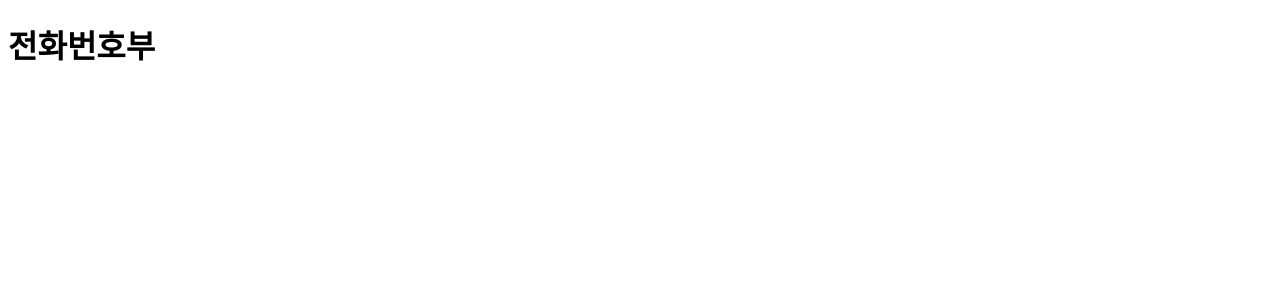
Repository: Kwonharu/workspace-web
Page: http://localhost/phonebook2/list.jsp
The author's editor kept a copy of each file at every save. The page is drawn from the files as they stood at one save, then again after the next save.
The browser window is 1280 px wide. The pictures show the whole page.
The page is served by Tomcat 9. Other server files are loaded and not shown.

Above is the page before, as saved 2023-09-04 06:38:39.

### phonebook2/WebContent/list.jsp
<%@ page language="java" contentType="text/html; charset=UTF-8"
    pageEncoding="UTF-8"%>
<!DOCTYPE html>
<html>
<head>
<meta charset="UTF-8">
<title>Insert title here</title>
</head>
<body>

	<h1>전화번호부</h1>

</body>
</html>

After the next save:
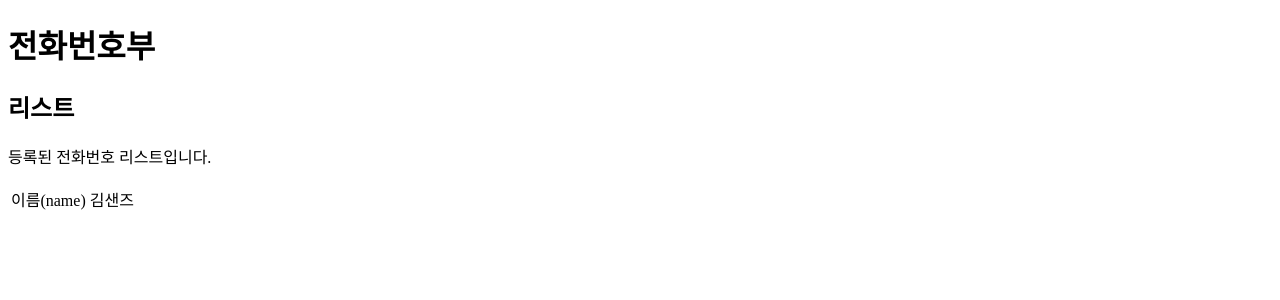
Saved 3 min 29 s later.
--- a/phonebook2/WebContent/list.jsp
+++ b/phonebook2/WebContent/list.jsp
@@ -9,6 +9,16 @@
 <body>
 
 	<h1>전화번호부</h1>
+	<h2>리스트</h2>
+
+	<p>등록된 전화번호 리스트입니다.</p>
+
+	<table>
+		<tr>
+			<td>이름(name)</td><td>김샌즈</td>
+		</tr>
+	</table>
+
 
 </body>
 </html>
